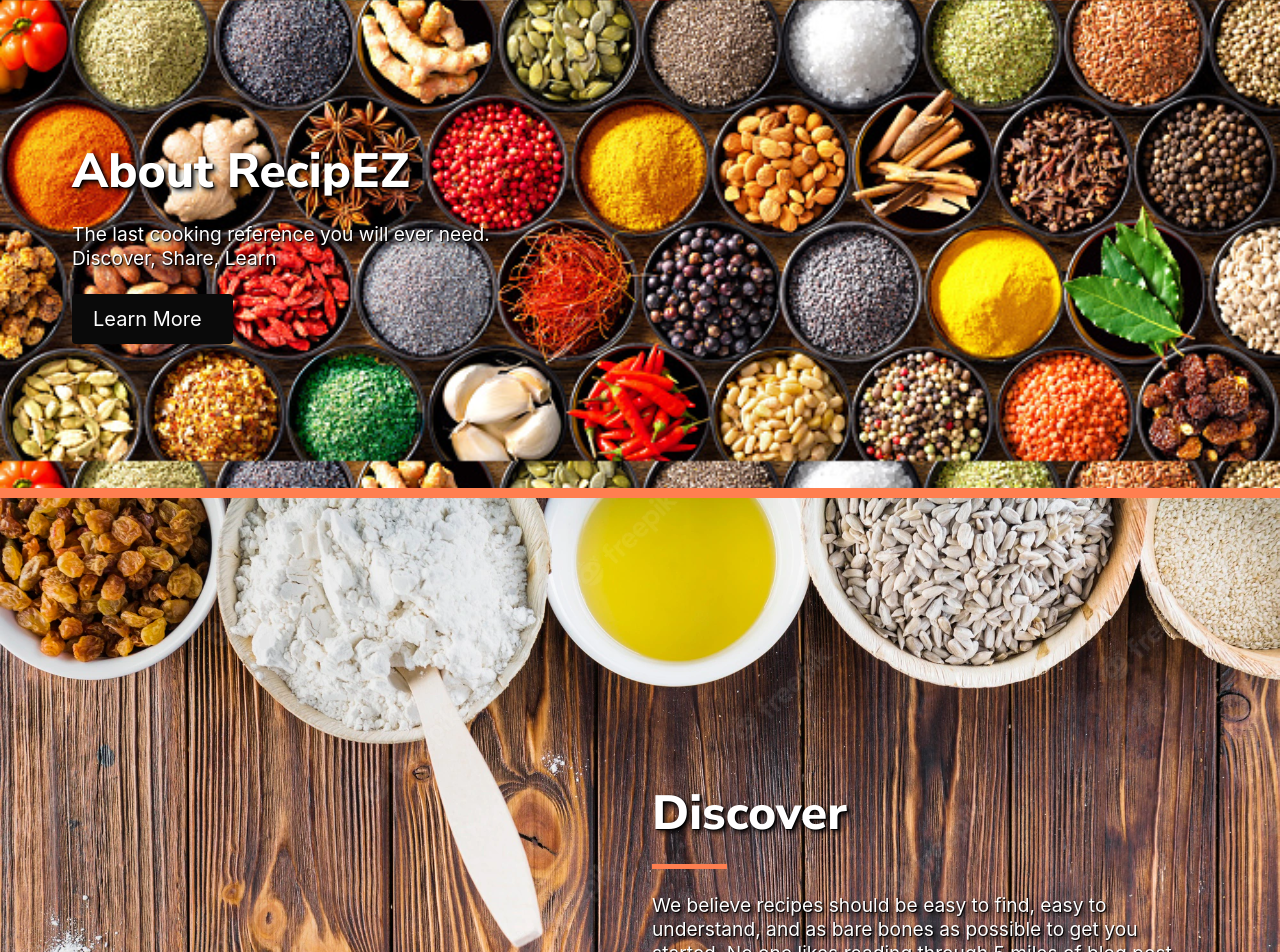
Repository: Amir-Hackett/RecipEZ
Page: assets/sub-pages/about-us.html
An editor plug-in stored every save of this project. The page is shown before and after the next save, followed by the edit.
The browser window is 1280 px wide. The pictures show the part of the page from y = 0 to 952 px (the page is 4027 px tall).
Some icons come from a web library that is not loaded, so they are not drawn. Backgrounds fixed to the window are drawn as part of the page. Some web libraries are served in a nearby version.

Above is the page before, as saved 2022-04-03 20:53:49.

After the next save:
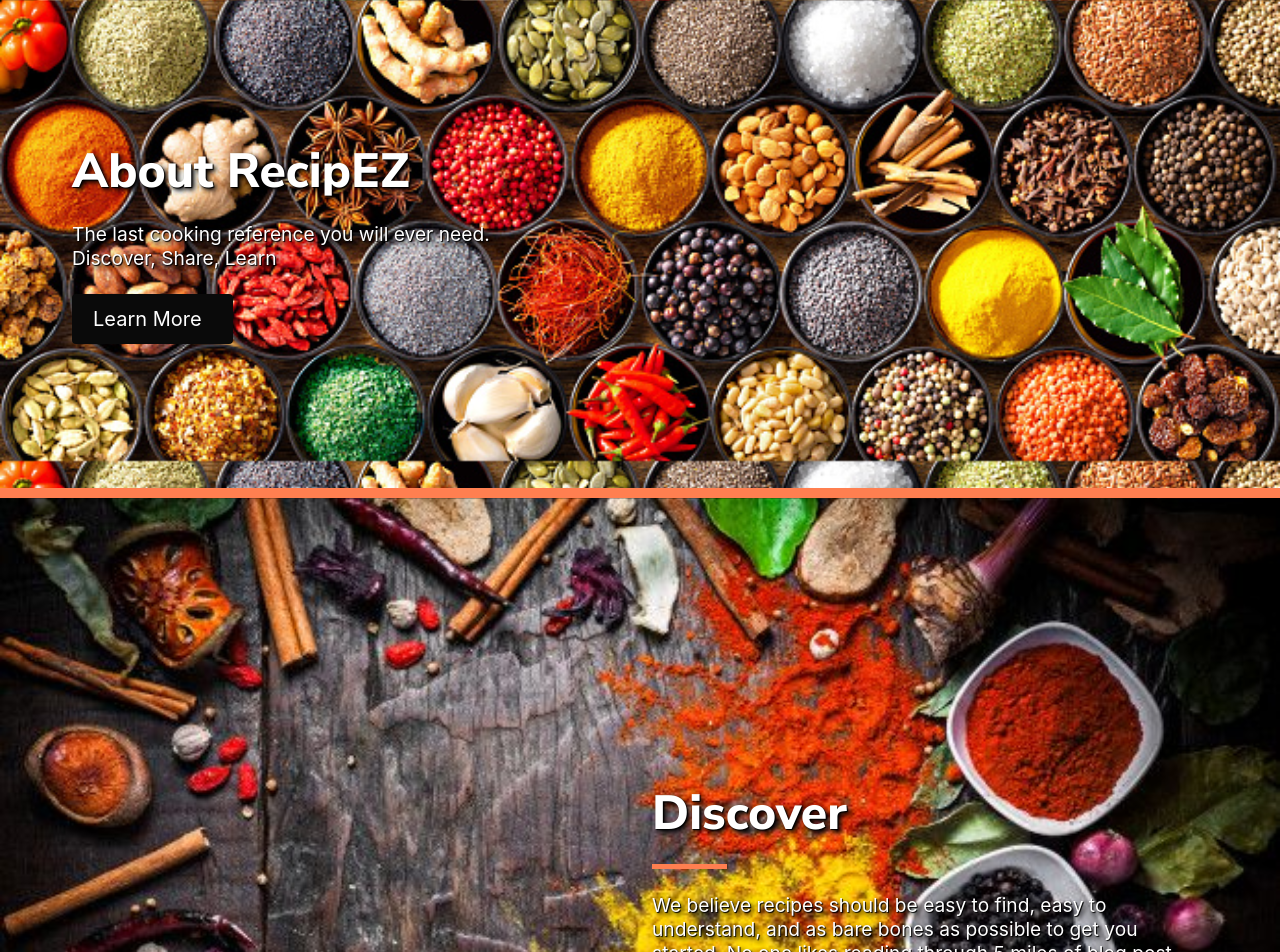
Saved 21 s later.
--- a/assets/css/about-us.css
+++ b/assets/css/about-us.css
@@ -47,7 +47,7 @@
 }
 
 #parallax-1 {
-  background: url(../images/ingredients.webp);
+  background: url(../images/exotic_spices.jpg);
   background-attachment: fixed;
   background-position: center;
   background-repeat: no-repeat;
